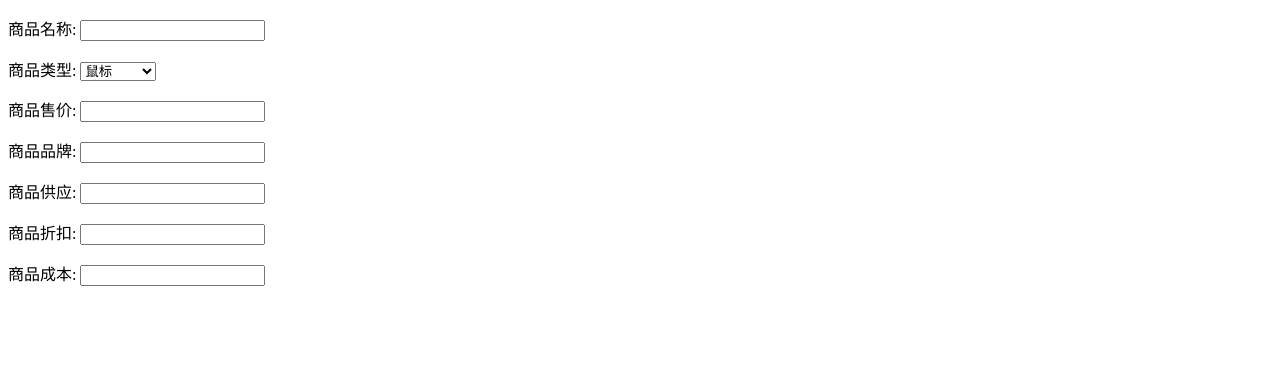
Repository: qyl1006/JavaApps
Page: workspace/html/WebContent/hello/input03.html
These files come from the project's save history. The page is drawn as it stood at one moment and after the next save; the edit follows.
The browser window is 1280 px wide. The pictures show the whole page.

Above is the page before, as saved 2018-02-27 11:23:59.

### workspace/html/WebContent/hello/input03.html
<!DOCTYPE html PUBLIC "-//W3C//DTD HTML 4.01 Transitional//EN" "http://www.w3.org/TR/html4/loose.dtd">
<html>
<head>
<meta http-equiv="Content-Type" content="text/html; charset=UTF-8">
<title>input03</title>
</head>
<body>

	<form action="#" method="get">
		<p>商品名称: <input type="text" name="name"/></p>
		<p>商品类型:
			<select name="type">
				<option value="mouse">鼠标</option>
				<option value="wireddMouse">有线鼠标</option>
				<option value="wirelessMouse">无线鼠标</option>
			</select>
		</p>
		<p>商品售价: <input type="text" name="price"/></p>
		<p>商品品牌: <input type="text" name="brand"/></p>
		<p>商品供应: <input type="text" name="supply"/></p>
		<p>商品折扣: <input type="text" name="discount"/></p>
		<p>商品成本: <input type="text" name="cost"/></p>

	</form>

</body>
</html>

After the next save:
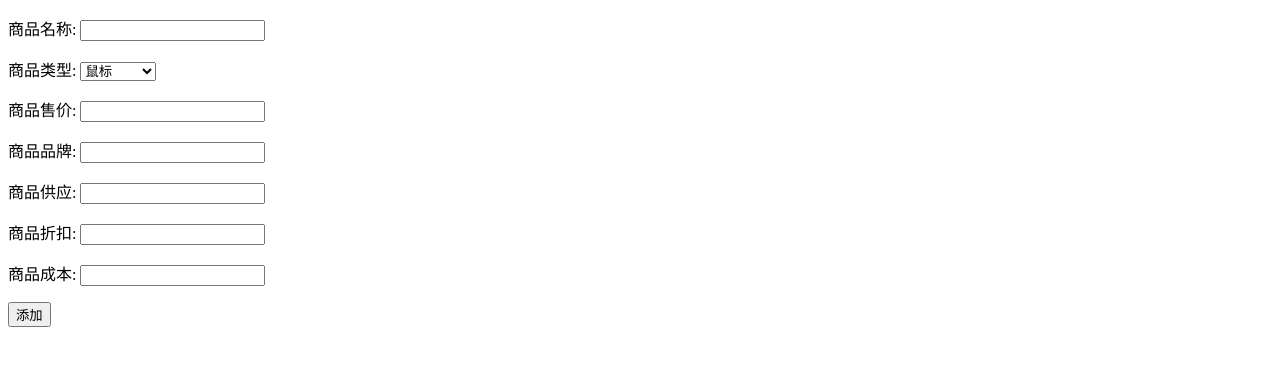
Saved 30 s later.
--- a/workspace/html/WebContent/hello/input03.html
+++ b/workspace/html/WebContent/hello/input03.html
@@ -20,7 +20,7 @@
 		<p>商品供应: <input type="text" name="supply"/></p>
 		<p>商品折扣: <input type="text" name="discount"/></p>
 		<p>商品成本: <input type="text" name="cost"/></p>
-
+		<input type="submit" value="添加"/>
 	</form>
 
 </body>
